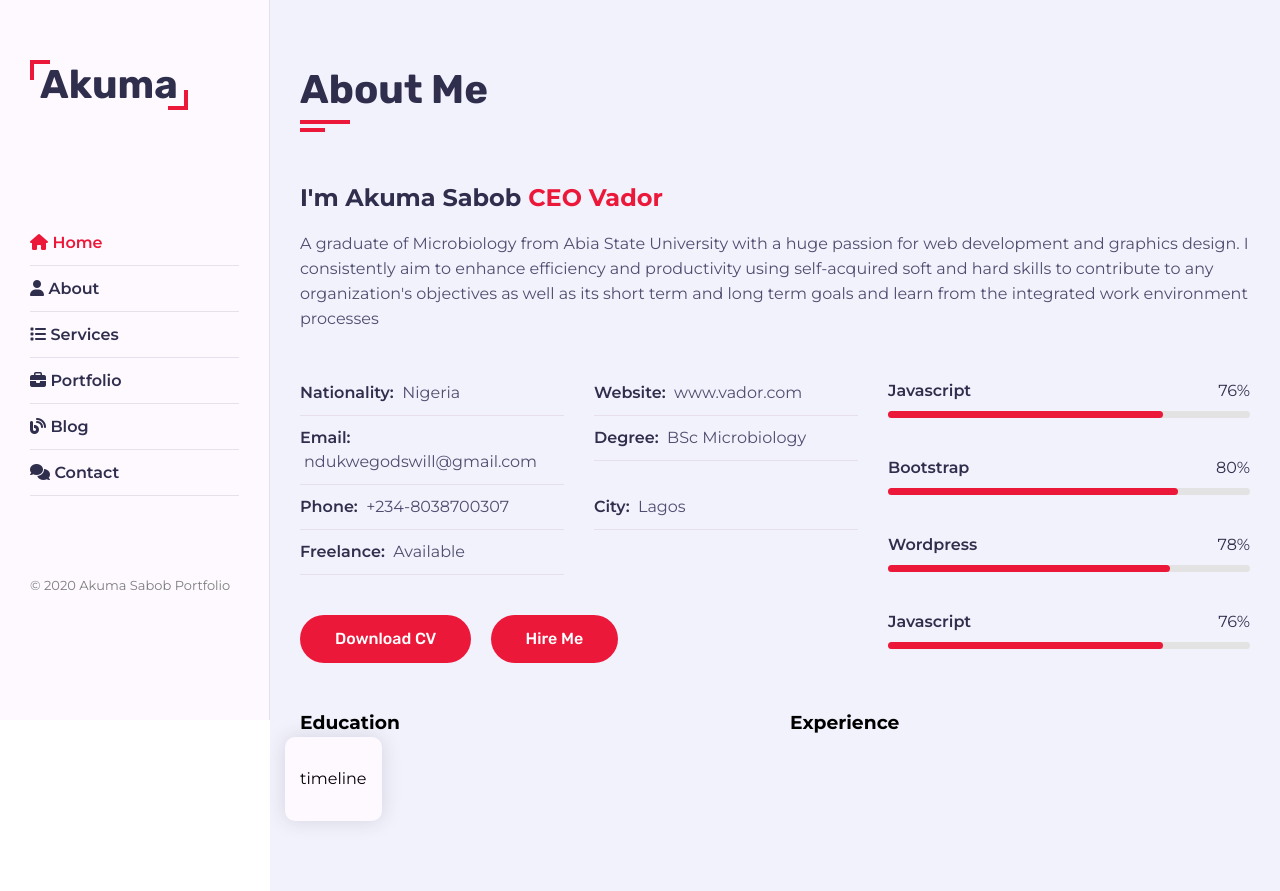
Repository: Akuma001/MY-Portfolio
Page: index.html
The author's editor kept a copy of each file at every save. The page is drawn from the files as they stood at one save, then again after the next save.
The browser window is 1280 px wide. The pictures show the whole page.
Some web libraries are served in a nearby version.

Above is the page before, as saved 2020-12-13 21:40:30.

After the next save:
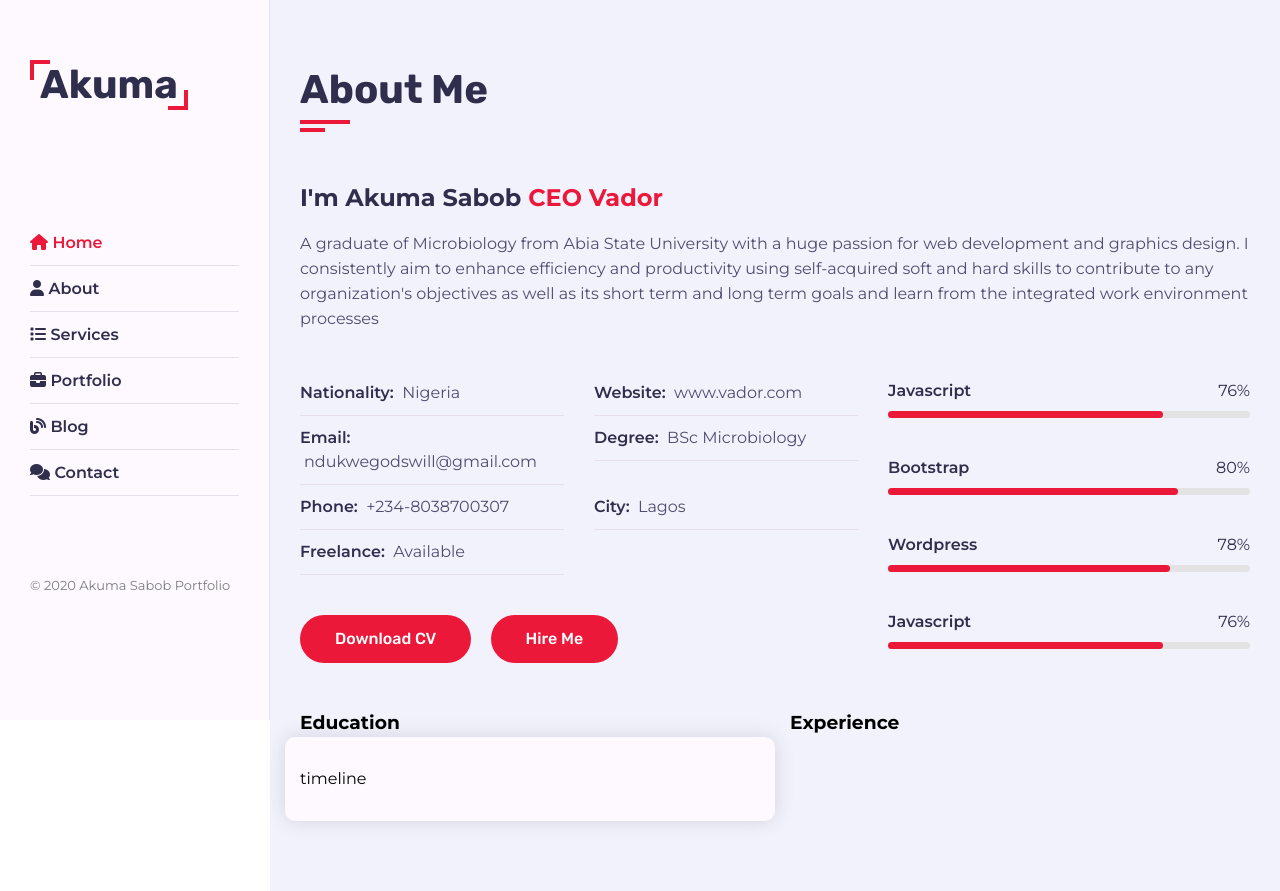
Saved 2 min 0 s later.
--- a/css/style.css
+++ b/css/style.css
@@ -419,6 +419,9 @@ body{
 .about .about-content .timeline{
     background-color: #fdf9ff;
     padding: 30px 15px;
-    border-right: #d4d4e3;
+    border: ipx solid #d4d4e3;
     border-radius: 10px;
-}
+    -ms-flex: 0 0 100%;
+    flex: 0 0 100%;
+    max-width: 100%;
+}

After the save that followed:
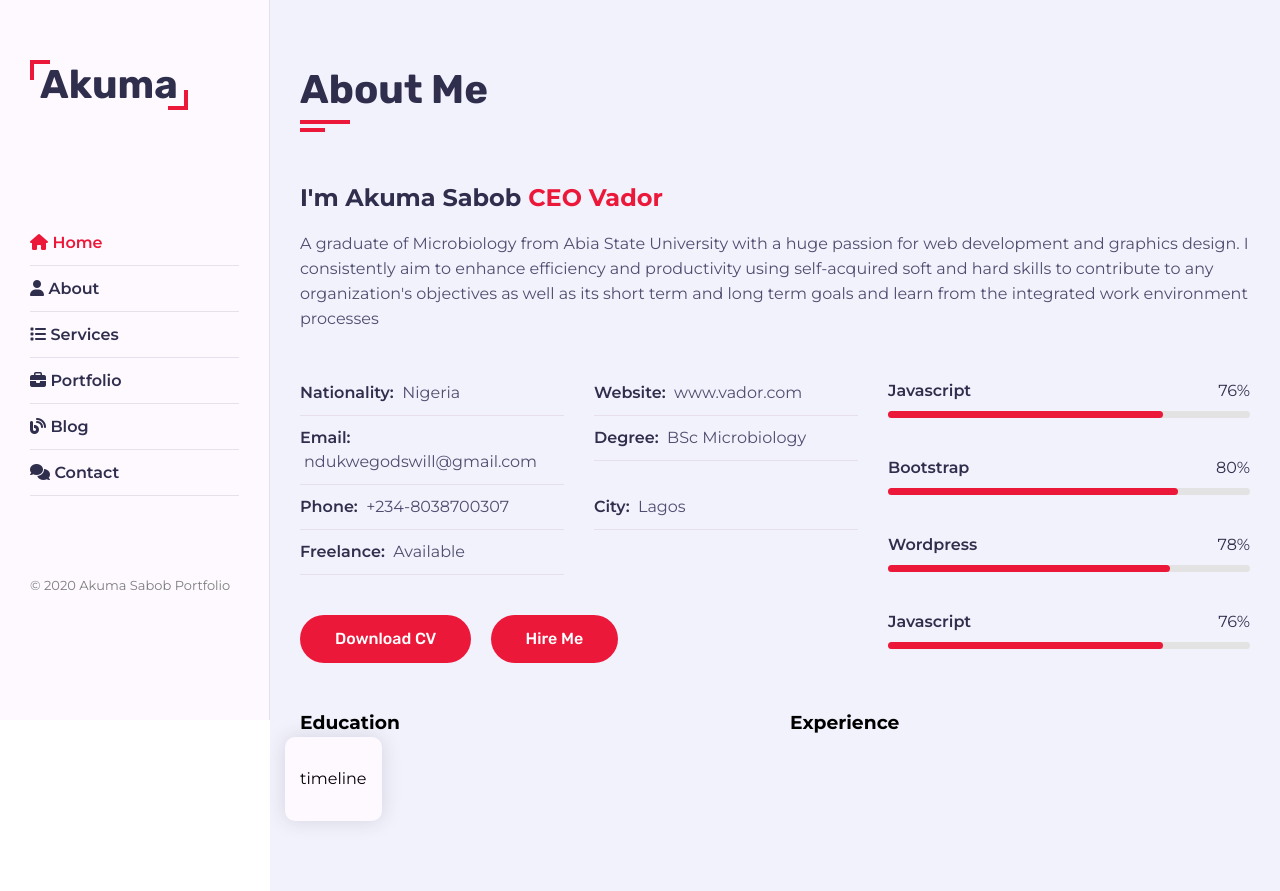
Saved 110 s later.
--- a/index.html
+++ b/index.html
@@ -154,9 +154,11 @@
                 <div class="education padd-15">
                   <h3 class="title">Education</h3>
                   <div class="row">
+                    <div class="timeline-box">
                     <div class="timeline shadow-dark">
                       timeline
                     </div>
+                  </div>
                   </div>
                 </div>
                 <div class="experience padd-15">
